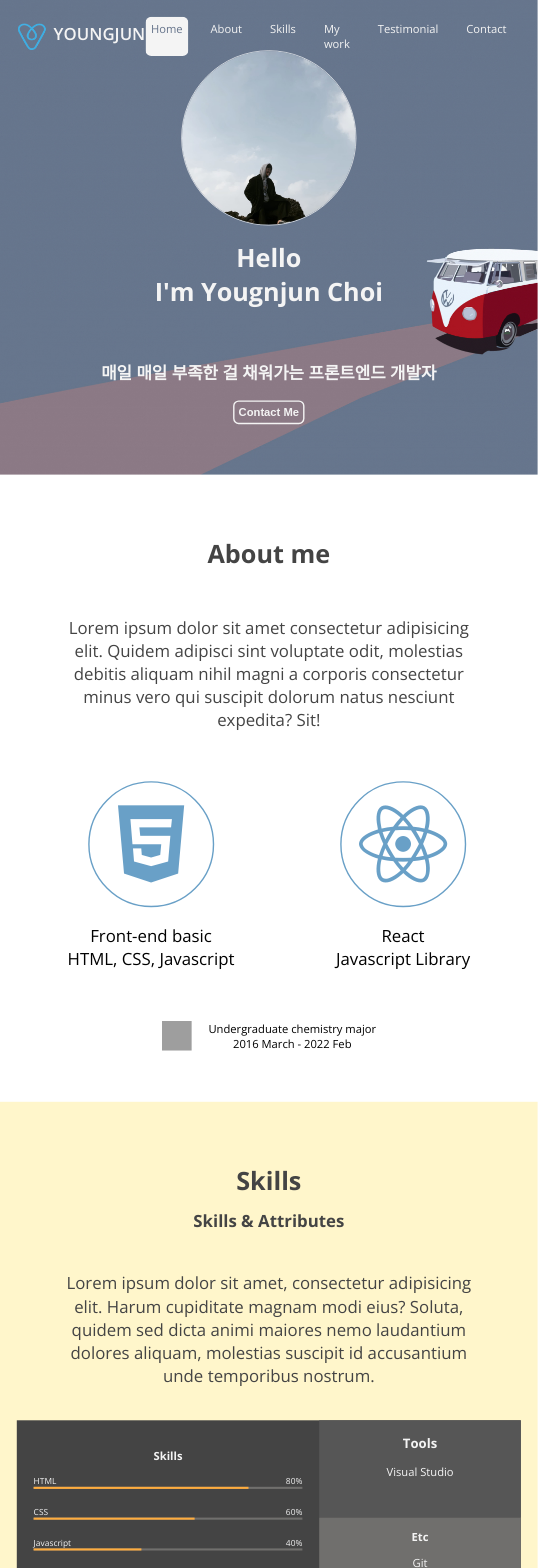
Repository: choi2021/portfolio-vanillaJS
Page: index.html
The author's editor kept a copy of each file at every save. The page is drawn from the files as they stood at one save, then again after the next save.
The browser window is 768 px wide. The pictures show the part of the page from y = 0 to 2240 px (the page is 5112 px tall), at 70% of full size.
Pictures or frames that could not be fetched are drawn as grey boxes. Some web libraries are served in a nearby version.

Above is the page before, as saved 2022-01-08 14:47:37.

After the next save:
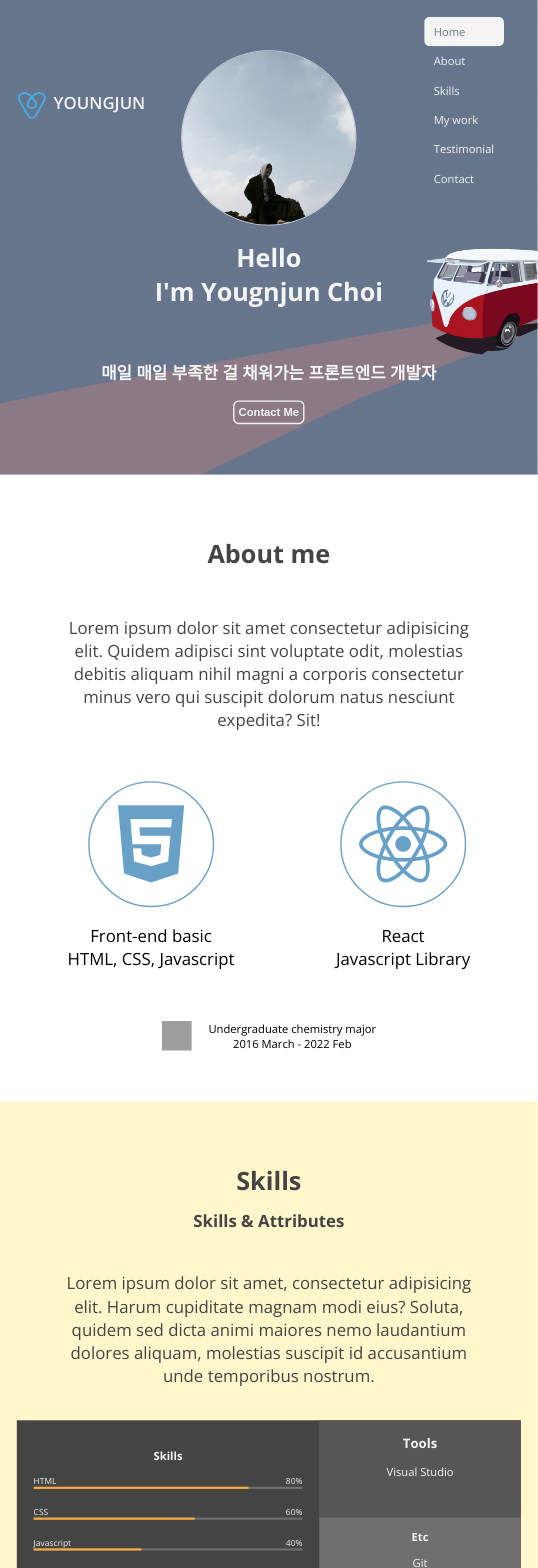
Saved 63 s later.
--- a/style.css
+++ b/style.css
@@ -549,7 +549,7 @@ button {
     --testimonial-size: 250px;
   }
 
-  .navbar__menu__item {
-    padding: 4px 6px;
+  .navbar__menu {
+    flex-direction: column;
   }
 }
